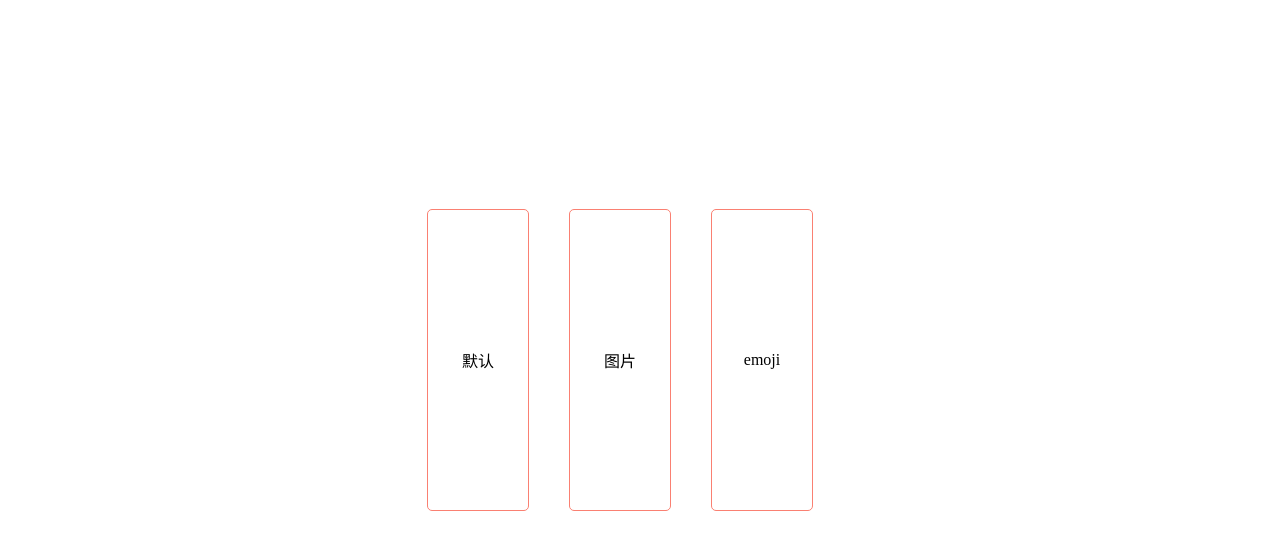
Repository: gyypwrs/css-practice
Page: DIY-cursor/index.html
The author's editor kept a copy of each file at every save. The page is drawn from the files as they stood at one save, then again after the next save.
The browser window is 1280 px wide. The pictures show the whole page.

Above is the page before, as saved 2022-05-06 10:45:43.

### DIY-cursor/index.html
<!--
 * @Descripttion:
 * @version:
 * @Author: Hongyu
 * @Date: 2022-05-06 10:36:30
 * @LastEditors: Hongyu
 * @LastEditTime: 2022-05-06 10:45:43
-->
<!DOCTYPE html>
<html>
  <head>
    <title></title>
    <style type="text/css">
      html,body{
        height: 100%
      }
      body {
        margin: 0;
        padding: 0;
        overflow: hidden;
        display: flex;
      }
      .root {
        margin: auto;
        display: flex;
        justify-content: space-around;
      }
      .box {
        display: flex;
        height: 300px;
        width: 100px;
        margin-right:40px ;
        border-radius: 5px;
        border: 1px solid salmon;
      }
      p {
        margin: auto;
      }

  </style>
  </head>
  <body>
    <div class="root">
      <div class="box box1">
        <p>默认</p>
      </div>
      <div class="box box2">
        <p>图片</p>
      </div>
      <div class="box box3">
        <p>emoji</p>
      </div>
    </div>
  </body>
</html>

After the next save:
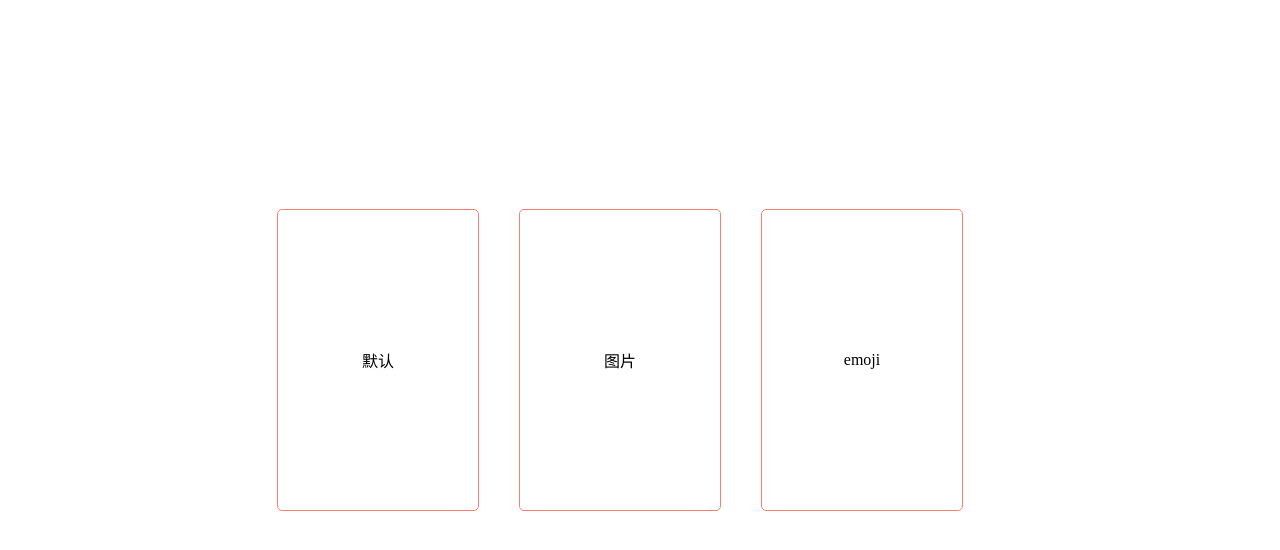
Saved 10 s later.
--- a/DIY-cursor/index.html
+++ b/DIY-cursor/index.html
@@ -28,7 +28,7 @@
       .box {
         display: flex;
         height: 300px;
-        width: 100px;
+        width: 200px;
         margin-right:40px ;
         border-radius: 5px;
         border: 1px solid salmon;
